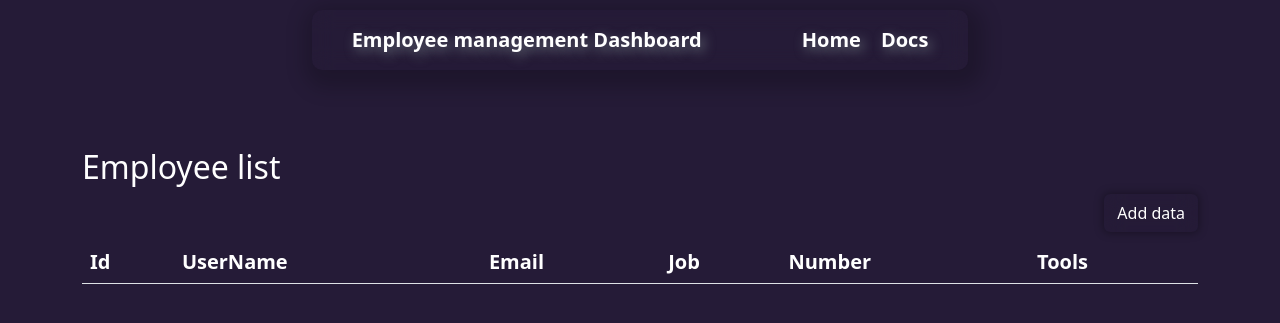
Repository: iamevs/Employee-Management-System
Page: /home (app in client/)
An editor plug-in stored every save of this project. The page is shown before and after the next save, followed by the edit.
The browser window is 1280 px wide. The pictures show the whole page.
The page's requests for data from a server got no answer. The project was rebuilt for these pictures with package versions that can differ from the ones it lists, and the page was loaded fresh each time. No one was signed in, and anything a server would have sent is missing. Also part of the build but not shown: client/vite.config.js, client/src/components/Register.jsx, client/src/components/Edit.jsx, client/src/components/Hero.jsx. Imported but missing from the stored project, and not drawn on this page: client/src/components/Details.

Above is the page before, as saved 2022-11-29 00:10:00.

After the next save:
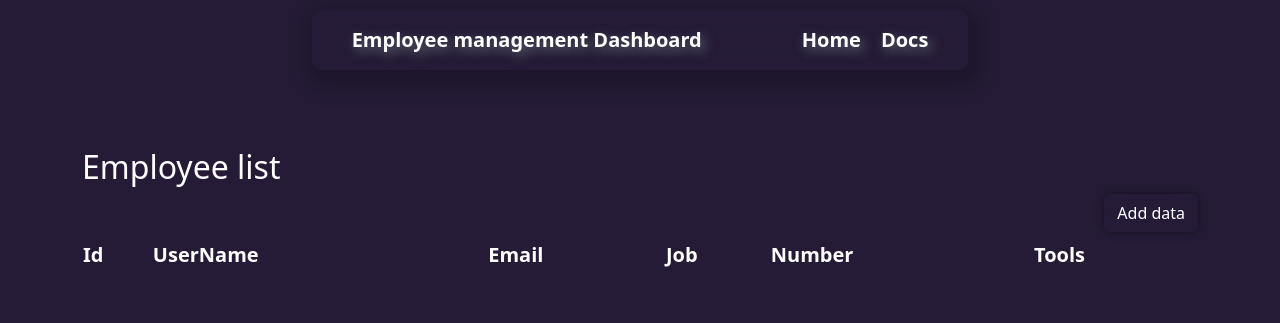
Saved 33 s later.
--- a/client/src/components/Home.jsx
+++ b/client/src/components/Home.jsx
@@ -114,7 +114,7 @@ const Home = () => {
 
                     <div className='table-responsive'>
                         <table class="table">
-                            <thead>
+                            {/* <thead> */}
                                 <tr className="table text-white col-6" style={{
                                     fontSize: "20px",
                                 }}>
@@ -125,7 +125,7 @@ const Home = () => {
                                     <th scope="col">Number</th>
                                     <th scope="col">Tools</th>
                                 </tr>
-                            </thead>
+                            {/* </thead> */}
                             <tbody>
 
                                 {

After the save that followed:
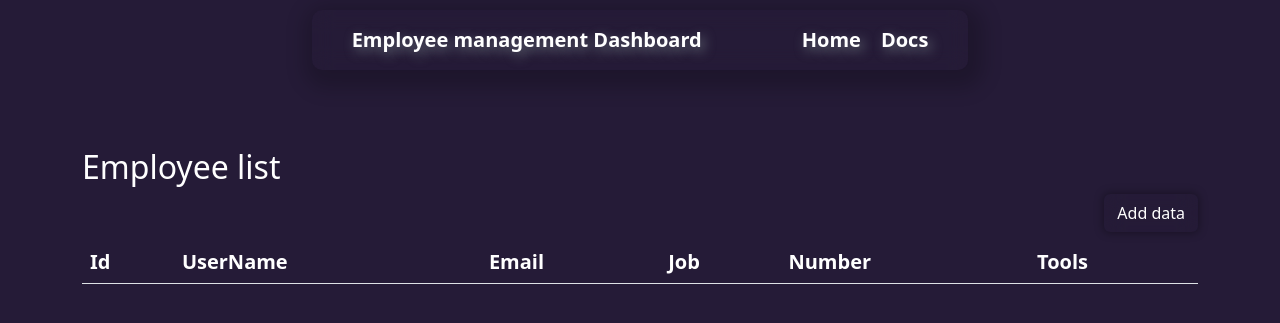
Saved 5 s later.
--- a/client/src/components/Home.jsx
+++ b/client/src/components/Home.jsx
@@ -114,7 +114,7 @@ const Home = () => {
 
                     <div className='table-responsive'>
                         <table class="table">
-                            {/* <thead> */}
+                            <thead>
                                 <tr className="table text-white col-6" style={{
                                     fontSize: "20px",
                                 }}>
@@ -125,7 +125,7 @@ const Home = () => {
                                     <th scope="col">Number</th>
                                     <th scope="col">Tools</th>
                                 </tr>
-                            {/* </thead> */}
+                            </thead>
                             <tbody>
 
                                 {
